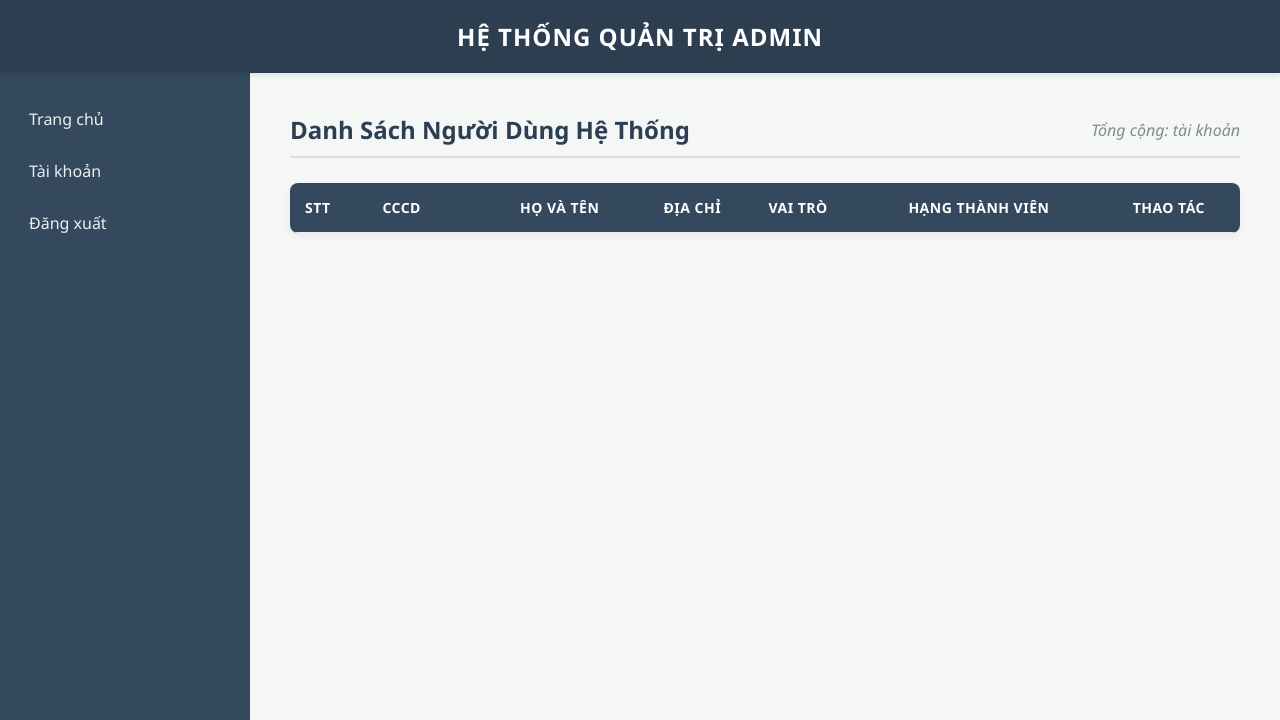
Repository: Chien02/SOAProjects
Page: http://localhost/QuanLyHangHoaWebClient/userManagement.jsp
An editor plug-in stored every save of this project. The page is shown before and after a run of saves, followed by the edit.
The browser window is 1280 px wide. The pictures show the whole page.
The page is served by Tomcat 9. Nobody is signed in. The application's start-up code is not run. Other server files are loaded and not shown. The template is opened directly, without the code that normally fills it, so the values that code supplies are empty.

Above is the page before, as saved 2026-03-24 01:41:15.
Console error: TypeError: Cannot read properties of null (reading 'addEventListener')

### QuanLyHangHoaWebClient/WebContent/userManagement.jsp
<%@ page language="java" contentType="text/html; charset=UTF-8" pageEncoding="UTF-8"%>
<%@ taglib prefix="c" uri="http://java.sun.com/jsp/jstl/core" %>
<%@ taglib prefix="fmt" uri="http://java.sun.com/jsp/jstl/fmt" %>

<!DOCTYPE html>
<html>
<head>
	<meta charset="UTF-8">
	<title>QUẢN LÝ NGƯỜI DÙNG</title>
	<link rel="stylesheet" href="styles/styles.css">
</head>
<body>
	<h2>HỆ THỐNG QUẢN TRỊ ADMIN</h2>
	<aside>
		<a href="customer?action=khoHang">Trang chủ</a>
		<a href="userInfo.jsp">Tài khoản</a>

		<c:if test="${khachHang != null && khachHang.laAdmin}">
			<a href="hanghoa?action=inventory">Quản lý Kho Hàng</a>
			<a href="customer?action=danhSach" class="active">Quản lý Người Dùng</a> </c:if>

		<a href="customer?action=dangXuat">Đăng xuất</a>
	</aside>
	<main>
		<div class="section-header">
            <h2 class="section-title">Danh Sách Người Dùng Hệ Thống</h2>
            <span class="goods-count">Tổng cộng: ${danhSach.size()} tài khoản</span>
        </div>

        <c:if test="${not empty errorMsg}">
            <div class="msg-alert msg-error">${errorMsg}</div>
        </c:if>

		<table class="cart-table">
            <thead>
                <tr>
                    <th>STT</th>
                    <th>CCCD</th>
                    <th>Họ và Tên</th>
                    <th>Địa Chỉ</th>
                    <th style="text-align: center;">Vai Trò</th>
                    <th style="text-align: center;">Hạng Thành Viên</th>
                    <th style="text-align: center;">Thao Tác</th>
                </tr>
            </thead>
            <tbody>
                <c:forEach items="${danhSach}" var="u" varStatus="loop">
                    <tr>
                        <td>${loop.index + 1}</td>
                        <td>${u.cccd}</td>
                        <td><strong>${u.hoTen}</strong></td>
                        <td>${u.diaChi}</td>
                        <td style="text-align: center;">
                            <c:choose>
                                <c:when test="${u.laAdmin}">
                                    <span style="background-color: #e74c3c; color: white; padding: 4px 10px; border-radius: 20px; font-size: 13px; font-weight: bold;">Admin</span>
                                </c:when>
                                <c:otherwise>
                                    <span style="background-color: #3498db; color: white; padding: 4px 10px; border-radius: 20px; font-size: 13px; font-weight: bold;">Khách Hàng</span>
                                </c:otherwise>
                            </c:choose>
                        </td>
                        <td style="text-align: center;">
                            <c:choose>
                                <c:when test="${u.vip}">
                                    <span style="color: #f39c12; font-weight: bold; font-size: 15px;"> VIP</span>
                                </c:when>
                                <c:otherwise>
                                    <span style="color: #7f8c8d;">Thường</span>
                                </c:otherwise>
                            </c:choose>
                        </td>
                        <td>
                        	<button id="editBtn" class="btn-edit"
                        		onclick="openEditModal('${u.cccd}', '${u.hoTen}','${u.diaChi}', '${u.vip}', '${u.ngayVip}', '${u.ngayHetHanVip}')">Sửa</button>
                        </td>
                    </tr>
                </c:forEach>
            </tbody>
        </table>
	</main>

	<div id="editModal" class="modal" style="display: none;">
            <div class="modal-content">
                <span class="close-btn" onclick="document.getElementById('addModal').style.display='none'">&times;</span>
                <h3>Cập nhật Khách hàng</h3>
                <form action="hanghoa" method="POST">
                    <input type="hidden" name="action" value="them">
                    <label>CCCD:</label>
                    <input type="text" name="maSo" id="editMaSo" readonly required>
                    <label>Họ tên:</label>
                    <input type="text" name="hoTen" id="editHoTen" required>
                    <label>Địa chỉ:</label>
                    <input type="text" name="diaChi" id="editDiaChi" required>
                    <label>Là VIP:</label>
                    <input type="number" name="vip" id="editVip" required>
                    <label>Ngày trở thành VIP:</label>
                    <input type="number" name="ngayVip" id="editNgayVip" required>
                    <label>Ngày hết hạn VIP:</label>
                    <input type="number" name="ngayHetHanVip" id="editNgayHetHanVip" required>
                    <label>Tỉ lệ giảm giá (Theo phần trăm):</label>
                    <input type="number" name="tiLeGiam" id="editTiLeGiam" required>
                    <button type="submit" style="margin-top: 20px;">Lưu Sản Phẩm</button>
                </form>
            </div>
        </div>
</body>

<script>
		//Mở modal Thêm mới
		document.getElementById('editBtn').addEventListener('click', function() {
		    document.getElementById('editModal').style.display = 'block';
		});

		// Hàm được gọi khi bấm nút Sửa trên bảng
		function openEditModal(maSo, ten, diaChi, isVip, ngayVip, ngayHetHanVip, tiLeGiam) {
			document.getElementById('editMaSo').value = maSo;
		    document.getElementById('editHoTen').value = ten;
		    document.getElementById('editDiaChi').value = diaChi;
		    document.getElementById('editVip').value = isVip;
		    document.getElementById('editNgayVip').value = ngayVip;
		    document.getElementById('editNgayHetHanVip').value = ngayHetHanVip;
		    document.getElementById('editTiLeGiam').value = tiLeGiam;
		    document.getElementById('editModal').style.display = 'block';
		}

		// Đóng khi click ra ngoài vùng nền mờ
		window.addEventListener('click', function(e) {
		    if (e.target == document.getElementById('addModal')) document.getElementById('addModal').style.display = 'none';
		    if (e.target == document.getElementById('editModal')) document.getElementById('editModal').style.display = 'none';
		});
</script>
</html>

### QuanLyHangHoaWebClient/WebContent/styles/styles.css
/* =========================================
   1. BỐ CỤC CHUNG (GRID) - DÙNG CHUNG CHO MỌI TRANG
   ========================================= */
body {
    margin: 0;
    padding: 0;
    font-family: 'Segoe UI', Tahoma, Geneva, Verdana, sans-serif;
    background-color: #f4f7f6;
    color: #333;
    display: grid;
    grid-template-columns: 250px 1fr;
    grid-template-rows: auto 1fr;
    min-height: 100vh;
}

/* Chỉ nhắm vào thẻ h2 nằm ngoài cùng (Header tổng) */
body > h2 {
    grid-column: 1 / 3;
    background-color: #2c3e50; /* Xanh đen */
    color: #ffffff;
    margin: 0;
    padding: 20px;
    text-align: center;
    letter-spacing: 1px;
    box-shadow: 0 2px 5px rgba(0,0,0,0.1);
    z-index: 10;
}

/* =========================================
   2. TRÌNH ĐƠN BÊN TRÁI (ASIDE)
   ========================================= */
aside {
    background-color: #34495e;
    display: flex;
    flex-direction: column;
    padding-top: 20px;
}

aside a {
    display: block;
    width: 100%;
    box-sizing: border-box;
    color: #ecf0f1;
    text-decoration: none;
    padding: 15px 25px;
    font-size: 16px;
    text-align: left;
    border-left: 4px solid transparent;
    transition: all 0.3s ease;
}

aside a:hover,
aside a.active {
    background-color: #2c3e50;
    border-left: 4px solid #3498db;
    padding-left: 30px;
}

/* =========================================
   3. KHU VỰC NỘI DUNG CHÍNH (MAIN)
   ========================================= */
main {
    padding: 30px;
    background-color: #f4f7f6;
}

/* Header của từng phần nội dung bên trong */
.section-header {
    display: flex;
    justify-content: space-between;
    align-items: center;
    border-bottom: 2px solid #ddd;
    margin-bottom: 25px;
    padding-bottom: 10px;
}

/* Trả lại style bình thường cho h2 bên trong main */
main h2.section-title {
    margin: 0;
    color: #2c3e50;
    background-color: transparent;
    padding: 0;
    box-shadow: none;
    text-align: left;
}

.goods-count {
    color: #7f8c8d;
    font-style: italic;
}

/* =========================================
   4. DANH SÁCH HÀNG HOÁ (GRID SẢN PHẨM)
   ========================================= */
.goods-grid {
    display: grid;
    grid-template-columns: repeat(auto-fill, minmax(220px, 1fr));
    gap: 25px;
}

.goods-card {
    background: #ffffff;
    border-radius: 8px;
    overflow: hidden;
    box-shadow: 0 4px 8px rgba(0,0,0,0.08);
    display: flex;
    flex-direction: column;
    transition: transform 0.2s, box-shadow 0.2s;
}

.goods-card:hover {
    transform: translateY(-5px);
    box-shadow: 0 8px 15px rgba(0,0,0,0.15);
}

.goods-thumbnail {
    height: 160px;
    width: 100%;
    background-color: #bdc3c7;
    border-bottom: 1px solid #eee;
}

.goods-info {
    padding: 15px;
    display: flex;
    flex-direction: column;
    gap: 8px;
    flex-grow: 1;
}

.goods-title {
    margin: 0;
    font-size: 18px;
    color: #2c3e50;
    font-weight: bold;
}

.goods-producer {
    color: #7f8c8d;
    font-size: 14px;
}

.goods-price {
    color: #e74c3c;
    font-weight: bold;
    font-size: 16px;
    margin-bottom: 10px;
}

/* =========================================
   GIAO DIỆN HÀNG NÚT THÊM GIỎ HÀNG
   ========================================= */
.cart-action-row {
    display: flex;
    flex-direction: row !important;
    justify-content: space-between;
    align-items: center;
    margin-top: auto; /* Tự động đẩy khu vực này xuống sát đáy thẻ (card) */
    gap: 10px; /* Khoảng cách giữa nút và ô nhập */
}

/* Biến nút bấm từ dạng thô thành nút chuẩn xịn */
.btn-add-cart {
    background-color: #3498db;
    color: white;
    padding: 10px;
    border: none;
    border-radius: 4px;
    font-weight: bold;
    cursor: pointer;
    flex-grow: 1; /* Nút này sẽ co giãn chiếm phần không gian còn lại */
    transition: background-color 0.3s;
}

.btn-add-cart:hover {
    background-color: #2980b9;
}

/* Trang trí ô nhập số lượng */
.quantity-input {
    width: 50px;
    padding: 8px 5px;
    border: 1px solid #ccc;
    border-radius: 4px;
    text-align: center;
    font-size: 15px;
    outline: none;
    transition: border-color 0.3s;
}

.quantity-input:focus {
    border-color: #3498db;
}

/* Ẩn bớt mũi tên tăng giảm số lượng (spinner) cho gọn (Tùy chọn) */
.quantity-input::-webkit-inner-spin-button {
    opacity: 1; /* Hiện mờ mũi tên, bạn có thể set 0 nếu muốn ẩn hẳn */
}

/* =========================================
   3. PHẦN NỘI DUNG CHÍNH (MAIN)
   ========================================= */
main {
    padding: 40px;
    background-color: #f4f7f6;
}

main div > p {
    font-size: 16px;
    line-height: 1.8;
    background: #fff;
    padding: 10px 15px;
    border-radius: 5px;
    border-left: 4px solid #3498db;
    margin-bottom: 15px;
    box-shadow: 0 1px 3px rgba(0,0,0,0.05);
}

button {
    background-color: #3498db;
    color: white;
    border: none;
    padding: 12px 24px;
    font-size: 16px;
    border-radius: 5px;
    cursor: pointer;
    font-weight: bold;
    transition: background 0.3s;
    margin-top: 10px;
}

button:hover {
    background-color: #2980b9;
}

.modal {
    /* Cố định modal phủ kín toàn màn hình */
    position: fixed;
    z-index: 1000;
    left: 0;
    top: 0;
    width: 100%;
    height: 100%;
    background-color: rgba(0, 0, 0, 0.6); /* Nền đen mờ 60% */
}

.modal-content {
    background-color: #ffffff;
    margin: 8% auto; /* Cách top 8% và tự động căn giữa ngang */
    padding: 30px 40px;
    border-radius: 8px;
    width: 90%;
    max-width: 450px; /* Độ rộng tối đa của form */
    box-shadow: 0 5px 15px rgba(0,0,0,0.3);
    position: relative;
    animation: fadeIn 0.3s ease; /* Hiệu ứng trượt hiện ra nhẹ nhàng */
}

/* Nút X đóng modal */
.close-btn {
    font-size: 28px;
    font-weight: bold;
    color: #aaa;
    position: absolute;
    top: 15px;
    right: 20px;
    transition: color 0.2s;
}

.close-btn:hover {
    color: #e74c3c;
}

/* =========================================
   5. STYLE CHO FORM TRONG MODAL
   ========================================= */
.modal-content form{
    display: flex;
    flex-direction: column;
}

.modal-content form label {
    font-weight: bold;
    margin-top: 15px;
    margin-bottom: 5px;
    color: #2c3e50;
}

.modal-content form input[type="text"] {
    padding: 12px;
    border: 1px solid #ccc;
    border-radius: 4px;
    font-size: 15px;
    outline: none;
    transition: border 0.3s;
}

.modal-content form input[type="text"]:focus {
    border-color: #3498db;
    box-shadow: 0 0 5px rgba(52, 152, 219, 0.3);
}

/* Hiệu ứng hoạt hình nhỏ khi bật modal */
@keyframes fadeIn {
    from { opacity: 0; transform: translateY(-20px); }
    to { opacity: 1; transform: translateY(0); }
}
/* =========================================
   6. GIAO DIỆN TRANG GIỎ HÀNG (PAYMENT)
   ========================================= */
.cart-table {
    width: 100%;
    border-collapse: collapse;
    margin-top: 20px;
    background-color: #fff;
    box-shadow: 0 4px 8px rgba(0,0,0,0.05);
    border-radius: 8px;
    overflow: hidden;
}

.cart-table thead {
    background-color: #34495e;
    color: white;
}

.cart-table th, .cart-table td {
    padding: 15px;
    text-align: left;
    border-bottom: 1px solid #eee;
}

.cart-table th {
    font-weight: bold;
    text-transform: uppercase;
    font-size: 14px;
    letter-spacing: 0.5px;
}

.cart-table tbody tr:hover {
    background-color: #f9fbfd;
}

/* Cột số tiền căn phải cho dễ nhìn */
.cart-table td:nth-child(3),
.cart-table td:nth-child(4),
.cart-table td:nth-child(5) {
    text-align: right;
}

.cart-table th:nth-child(3),
.cart-table th:nth-child(4),
.cart-table th:nth-child(5) {
    text-align: right;
}

/* Nút Chốt Đơn siêu to khổng lồ */
.checkout-section {
    margin-top: 30px;
    display: flex;
    justify-content: flex-end;
}

.btn-checkout {
    background-color: #27ae60; /* Màu xanh lá tạo cảm giác an toàn, thành công */
    color: white;
    font-size: 18px;
    padding: 15px 40px;
    border: none;
    border-radius: 5px;
    cursor: pointer;
    font-weight: bold;
    box-shadow: 0 4px 6px rgba(39, 174, 96, 0.3);
    transition: all 0.3s;
}

.btn-checkout:hover {
    background-color: #2ecc71;
    transform: translateY(-2px);
    box-shadow: 0 6px 12px rgba(39, 174, 96, 0.4);
}

/* Bảng thông báo rỗng */
.empty-cart {
    text-align: center;
    padding: 50px 20px;
    background: #fff;
    border-radius: 8px;
    box-shadow: 0 2px 5px rgba(0,0,0,0.05);
    color: #7f8c8d;
    font-size: 18px;
}

/* Thông báo thành công/lỗi */
.msg-alert {
    padding: 15px;
    border-radius: 5px;
    margin-bottom: 20px;
    font-weight: bold;
}
.msg-success { background-color: #d4edda; color: #155724; border: 1px solid #c3e6cb; }
.msg-error { background-color: #f8d7da; color: #721c24; border: 1px solid #f5c6cb; }
/* =========================================
   7. GIAO DIỆN QUẢN LÝ KHO (INVENTORY - ADMIN)
   ========================================= */
.inventory-header {
    display: flex;
    justify-content: space-between;
    align-items: center;
    margin-bottom: 20px;
}

.btn-add-new {
    background-color: #27ae60;
    color: white;
    padding: 10px 20px;
    border: none;
    border-radius: 4px;
    font-weight: bold;
    cursor: pointer;
    transition: background 0.3s;
}

.btn-add-new:hover { background-color: #2ecc71; }

.btn-edit {
    background-color: #f39c12;
    color: white;
    padding: 6px 12px;
    border: none;
    border-radius: 4px;
    cursor: pointer;
    font-size: 13px;
}

.btn-edit:hover { background-color: #f1c40f; }

.btn-delete {
    background-color: #e74c3c;
    color: white;
    padding: 6px 12px;
    border: none;
    border-radius: 4px;
    cursor: pointer;
    font-size: 13px;
}

.btn-delete:hover { background-color: #c0392b; }

/* Thu hẹp modal trên trang kho hàng cho gọn */
#addModal .modal-content, #editModal .modal-content {
    max-width: 400px;
}

After the next 2 saves:
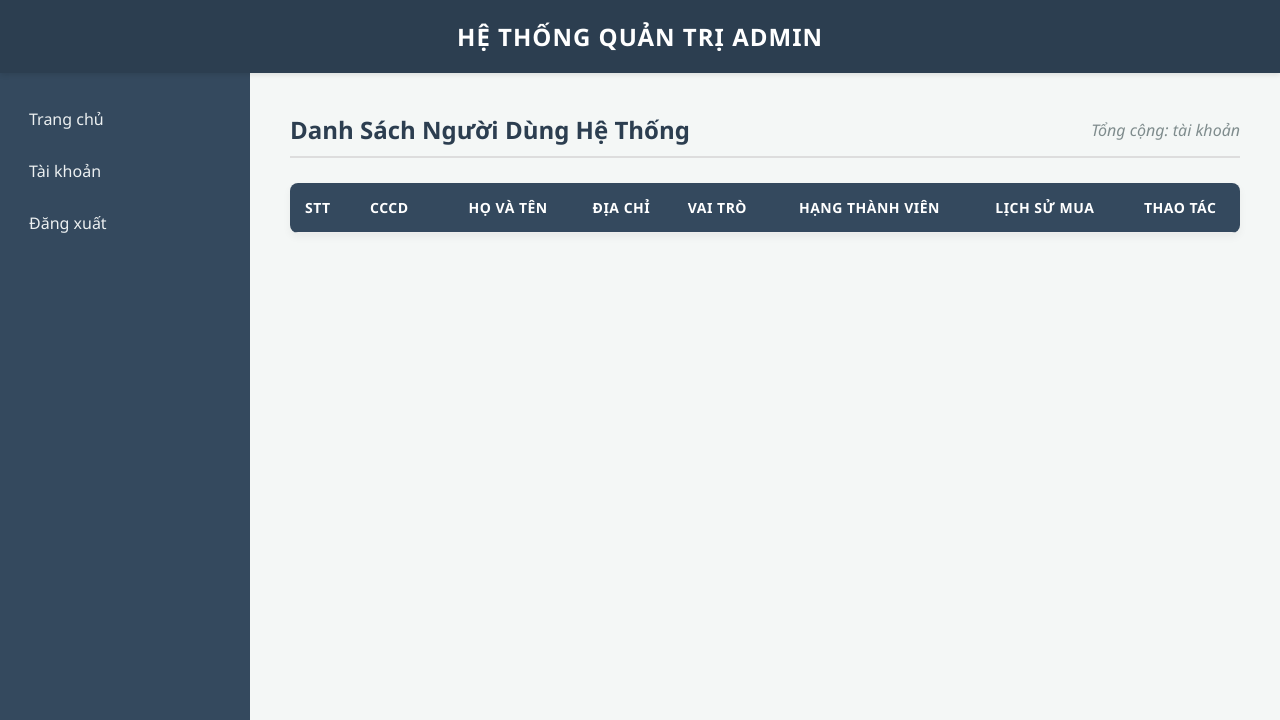
The 2 saves are shown as one change because they came seconds apart.
The last was saved 97 s later.
--- a/QuanLyHangHoaWebClient/WebContent/userManagement.jsp
+++ b/QuanLyHangHoaWebClient/WebContent/userManagement.jsp
@@ -40,6 +40,7 @@
                     <th>Địa Chỉ</th>
                     <th style="text-align: center;">Vai Trò</th>
                     <th style="text-align: center;">Hạng Thành Viên</th>
+                    <th style="text-align: center;">Lịch sử Mua</th>
                     <th style="text-align: center;">Thao Tác</th>
                 </tr>
             </thead>
